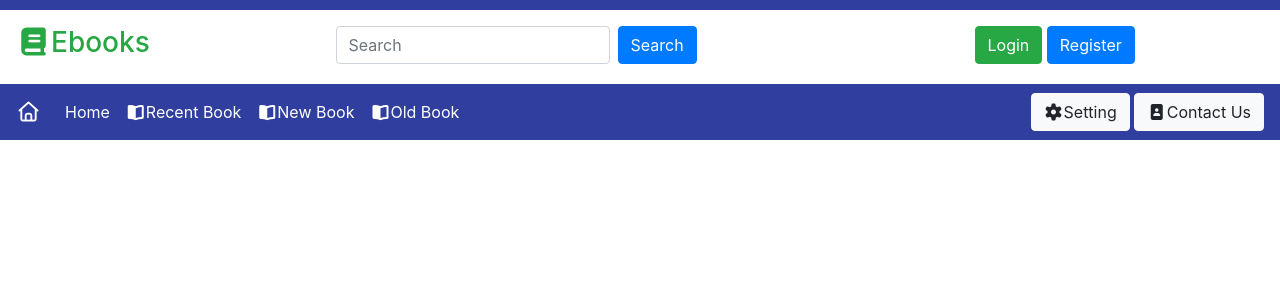
Repository: charming-lad/E-Book
Page: http://localhost/Ebook-App/login.jsp
These files come from the project's save history. The page is drawn as it stood at one moment and after the next save; the edit follows.
The browser window is 1280 px wide. The pictures show the whole page.
Some web libraries are served in a nearby version. The page is served by Tomcat 9.

Above is the page before, as saved 2026-01-23 17:45:31.

### Ebook-App/src/main/webapp/login.jsp
<%@ page language="java" contentType="text/html; charset=UTF-8"
	pageEncoding="UTF-8"%>
<!DOCTYPE html>
<html>
<head>
<meta charset="UTF-8">
<title>Ebook Login</title>
<%@include file="allComponents/allCSS.jsp"%>
</head>
<body>
	<%@include file="allComponents/navbar.jsp"%>


</body>
</html>

### Ebook-App/src/main/webapp/allComponents/allCSS.jsp
<link rel="stylesheet"
	href="https://cdn.jsdelivr.net/npm/bootstrap@4.0.0/dist/css/bootstrap.min.css"
	integrity="sha384-Gn5384xqQ1aoWXA+058RXPxPg6fy4IWvTNh0E263XmFcJlSAwiGgFAW/dAiS6JXm"
	crossorigin="anonymous">
<script src="https://code.jquery.com/jquery-3.2.1.slim.min.js"
	integrity="sha384-KJ3o2DKtIkvYIK3UENzmM7KCkRr/rE9/Qpg6aAZGJwFDMVNA/GpGFF93hXpG5KkN"
	crossorigin="anonymous"></script>
<script
	src="https://cdn.jsdelivr.net/npm/popper.js@1.12.9/dist/umd/popper.min.js"
	integrity="sha384-ApNbgh9B+Y1QKtv3Rn7W3mgPxhU9K/ScQsAP7hUibX39j7fakFPskvXusvfa0b4Q"
	crossorigin="anonymous"></script>
<script
	src="https://cdn.jsdelivr.net/npm/bootstrap@4.0.0/dist/js/bootstrap.min.js"
	integrity="sha384-JZR6Spejh4U02d8jOt6vLEHfe/JQGiRRSQQxSfFWpi1MquVdAyjUar5+76PVCmYl"
	crossorigin="anonymous"></script>
<link rel="stylesheet"
	href="https://cdnjs.cloudflare.com/ajax/libs/font-awesome/7.0.1/css/all.min.css"
	integrity="sha512-2SwdPD6INVrV/lHTZbO2nodKhrnDdJK9/kg2XD1r9uGqPo1cUbujc+IYdlYdEErWNu69gVcYgdxlmVmzTWnetw=="
	crossorigin="anonymous" referrerpolicy="no-referrer" />

<link rel="stylesheet" href="<%=request.getContextPath()%>/allComponents/style.css">

### Ebook-App/src/main/webapp/allComponents/navbar.jsp
<div class="container-fluid"
	style="height: 10px; background-color: #303f9f"></div>

<div class="container-fluid p-3">
	<div class="row">
		<div class="col-md-3 text-success">
			<h3>
				<i class="fa-solid fa-book"></i>Ebooks
			</h3>
		</div>
		<div class="col-md-6">
			<form class="form-inline my-2 my-lg-0">
				<input class="form-control mr-sm-2" type="search"
					placeholder="Search" aria-label="Search">
				<button class="btn btn-primary my-2 my-sm-0" type="submit">Search</button>
			</form>
		</div>
		<div class="col-md-3">
			<a href="" class="btn btn-success">Login</a> <a href="register.jsp"
				class="btn btn-primary">Register</a>
		</div>
	</div>
</div>


<nav class="navbar navbar-expand-lg navbar-dark bg-custom">
	<a class="navbar-brand" href="#"><i class="fa-regular fa-house"></i></a>
	<button class="navbar-toggler" type="button" data-toggle="collapse"
		data-target="#navbarSupportedContent"
		aria-controls="navbarSupportedContent" aria-expanded="false"
		aria-label="Toggle navigation">
		<span class="navbar-toggler-icon"></span>
	</button>

	<div class="collapse navbar-collapse" id="navbarSupportedContent">
		<ul class="navbar-nav mr-auto">
			<li class="nav-item active"><a class="nav-link" href="#">Home
					<span class="sr-only">(current)</span>
			</a></li>
			<li class="nav-item active"><a class="nav-link" href="#"><i
					class="fa-solid fa-book-open"></i>Recent Book</a></li>
			<li class="nav-item active"><a class="nav-link" href="#"><i
					class="fa-solid fa-book-open"></i>New Book </a></li>
			<li class="nav-item active"><a class="nav-link" href="#"><i
					class="fa-solid fa-book-open"></i>Old Book</a></li>
		</ul>
		<form class="form-inline my-2 my-lg-0">

			<button class="btn btn-light my-2 my-sm-0" type="submit">
				<i class="fa-solid fa-gear"></i>Setting
			</button>
			<button class="btn btn-light my-2 my-sm-0 ml-1" type="submit">
				<i class="fa-solid fa-image-portrait"></i>Contact Us
			</button>
		</form>
	</div>
</nav>

### Ebook-App/src/main/webapp/allComponents/style.css
.bg-custom
{
	background-color: #303f9f;
}
.navbar .nav-item:hover .nav-link
{
	background-color: white;
	color:  #303f9f;
	border-radius: 10px;
}

After the next save:
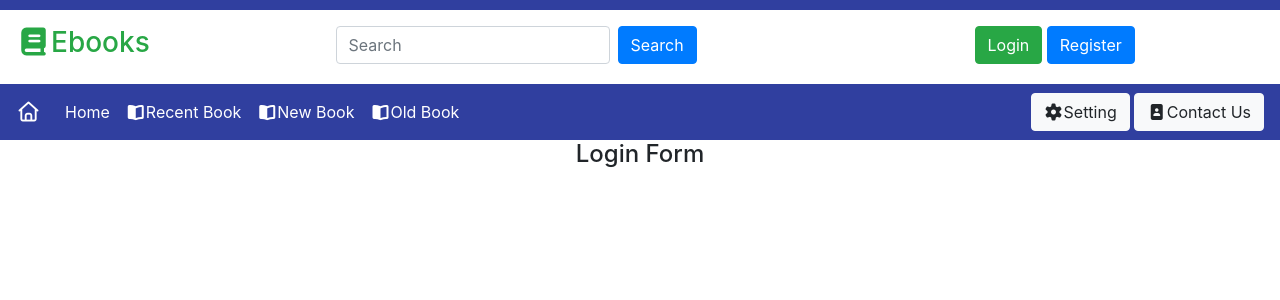
Saved 75 s later.
--- a/Ebook-App/src/main/webapp/login.jsp
+++ b/Ebook-App/src/main/webapp/login.jsp
@@ -9,6 +9,7 @@
 </head>
 <body>
 	<%@include file="allComponents/navbar.jsp"%>
+	<h4 class="text-center">Login Form</h4>
 
 
 </body>
